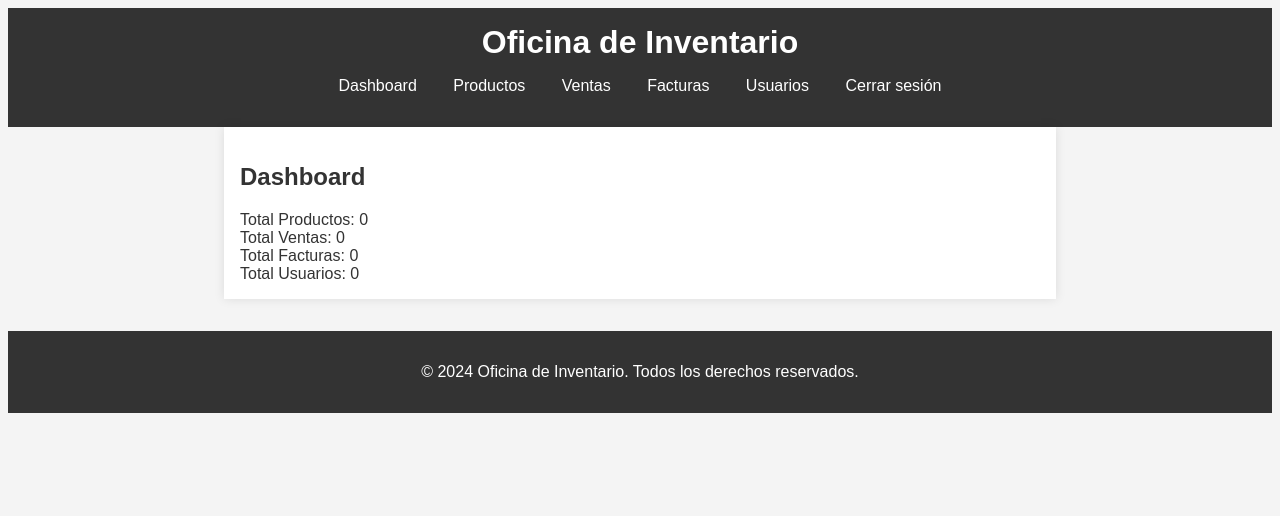
Repository: Connie75/Inventario
Page: http://localhost/views/dashboard.php
These files come from the project's save history. The page is drawn as it stood at one moment and after the next save; the edit follows.
The browser window is 1280 px wide. The pictures show the whole page.
The page is run by PHP 8.4 with error messages shown; the project is at /var/www/html/. The session is filled in as if someone had signed in: {"id": 1, "rol": "admin"}. Other server files are loaded and not shown. Queries for data that is not in the repository find no rows.

Above is the page before, as saved 2024-07-26 02:32:13.

### views/dashboard.php
<!-- views/dashboard.php -->
<?php
session_start();
include '../includes/header.php';
include '../includes/db.php';

// Verificar si el usuario está logueado y tiene permisos de administrador
if (!isset($_SESSION['id']) || $_SESSION['rol'] != 'admin') {
    header("Location: login.php");
    exit();
}

// Obtener estadísticas básicas
$productos = $conn->query("SELECT COUNT(*) AS total FROM productos")->fetch_assoc()['total'];
$ventas = $conn->query("SELECT COUNT(*) AS total FROM ventas")->fetch_assoc()['total'];
$facturas = $conn->query("SELECT COUNT(*) AS total FROM facturas")->fetch_assoc()['total'];
$usuarios = $conn->query("SELECT COUNT(*) AS total FROM usuarios")->fetch_assoc()['total'];

$conn->close();
?>

<h2>Dashboard</h2>
<div class="stats">
    <div>Total Productos: <?php echo $productos; ?></div>
    <div>Total Ventas: <?php echo $ventas; ?></div>
    <div>Total Facturas: <?php echo $facturas; ?></div>
    <div>Total Usuarios: <?php echo $usuarios; ?></div>
</div>

<?php include '../includes/footer.php'; ?>

### includes/header.php
<!-- includes/header.php -->
<!DOCTYPE html>
<html lang="es">
<head>
    <meta charset="UTF-8">
    <meta name="viewport" content="width=device-width, initial-scale=1.0">
    <title>Oficina de Inventario</title>
    <link rel="stylesheet" href="../css/styles.css">
    <script src="../js/scripts.js" defer></script>
</head>
<body>
    <header>
        <h1>Oficina de Inventario</h1>
        <nav>
            <ul>
                <li><a href="../views/dashboard.php">Dashboard</a></li>
                <li><a href="../views/products.php">Productos</a></li>
                <li><a href="../views/sales.php">Ventas</a></li>
                <li><a href="../views/invoices.php">Facturas</a></li>
                <?php if (isset($_SESSION['rol']) && $_SESSION['rol'] == 'admin'): ?>
                    <li><a href="../views/users.php">Usuarios</a></li>
                <?php endif; ?>
                <li><a href="../actions/logout.php">Cerrar sesión</a></li>
            </ul>
        </nav>
    </header>
    <main>
    <?php if (isset($_SESSION['message'])): ?>
            <div class="message <?php echo $_SESSION['message_type']; ?>">
                <?php
                    echo $_SESSION['message'];
                    unset($_SESSION['message']);
                    unset($_SESSION['message_type']);
                ?>
            </div>
        <?php endif; ?>

### includes/db.php
<?php
// db.php
$servername = "localhost";
$username = "root";
$password = "Azurro49.";
$dbname = "inventario";

// Crear conexión
$conn = new mysqli($servername, $username, $password, $dbname);

// Verificar conexión
if ($conn->connect_error) {
    die("Conexión fallida: " . $conn->connect_error);
}
?>

### includes/footer.php
<!-- includes/footer.php -->
</main>
    <footer>
        <p>&copy; 2024 Oficina de Inventario. Todos los derechos reservados.</p>
    </footer>
</body>
</html>

### CSS/Styles.css
/* css/styles.css */
body {
    font-family: Arial, sans-serif;
    background-color: #f4f4f4;
    color: #333;
}

header {
    background-color: #333;
    color: #fff;
    padding: 1em 0;
    text-align: center;
}

header h1 {
    margin: 0;
}

nav ul {
    list-style: none;
    padding: 0;
    text-align: center;
}

nav ul li {
    display: inline;
    margin: 0 1em;
}

nav ul li a {
    color: #fff;
    text-decoration: none;
}

main {
    padding: 1em;
    max-width: 800px;
    margin: 0 auto;
    background-color: #fff;
    box-shadow: 0 0 10px rgba(0,0,0,0.1);
}

footer {
    background-color: #333;
    color: #fff;
    text-align: center;
    padding: 1em 0;
    margin-top: 2em;
}

table {
    width: 100%;
    border-collapse: collapse;
    margin-top: 1em;
}

table, th, td {
    border: 1px solid #ccc;
    padding: 0.5em;
    text-align: left;
}

button {
    background-color: #333;
    color: #fff;
    border: none;
    padding: 0.5em 1em;
    cursor: pointer;
}

button:hover {
    background-color: #555;
}

.message {
    padding: 1em;
    margin-bottom: 1em;
    border-radius: 5px;
}

.message.success {
    background-color: #dff0d8;
    color: #3c763d;
}

.message.error {
    background-color: #f2dede;
    color: #a94442;
}

### js/Scripts.js
// js/scripts.js

document.addEventListener('DOMContentLoaded', function () {
    // Validación de formularios
    var forms = document.querySelectorAll('form');

    forms.forEach(function (form) {
        form.addEventListener('submit', function (event) {
            var inputs = form.querySelectorAll('input[required], textarea[required], select[required]');
            var valid = true;

            inputs.forEach(function (input) {
                if (!input.value) {
                    input.style.borderColor = 'red';
                    valid = false;
                } else {
                    input.style.borderColor = 'initial';
                }
            });

            if (!valid) {
                event.preventDefault();
                alert('Por favor, rellena todos los campos obligatorios.');
            }
        });
    });

    // Actualización dinámica de cantidad de productos
    var cantidadInputs = document.querySelectorAll('input[name="cantidad"]');
    var precioInputs = document.querySelectorAll('input[name="precio"]');
    var totalDisplay = document.querySelector('#total');

    cantidadInputs.forEach(function (cantidadInput) {
        cantidadInput.addEventListener('input', actualizarTotal);
    });

    precioInputs.forEach(function (precioInput) {
        precioInput.addEventListener('input', actualizarTotal);
    });

    function actualizarTotal() {
        var cantidad = parseFloat(cantidadInputs[0].value) || 0;
        var precio = parseFloat(precioInputs[0].value) || 0;
        var total = cantidad * precio;

        if (totalDisplay) {
            totalDisplay.textContent = 'Total: $' + total.toFixed(2);
        }
    }

    // Mostrar/ocultar contraseña
    var togglePassword = document.querySelector('#togglePassword');
    var passwordInput = document.querySelector('input[name="password"]');

    if (togglePassword && passwordInput) {
        togglePassword.addEventListener('click', function () {
            var type = passwordInput.getAttribute('type') === 'password' ? 'text' : 'password';
            passwordInput.setAttribute('type', type);
            this.textContent = type === 'password' ? 'Mostrar' : 'Ocultar';
        });
    }
});

After the next save:
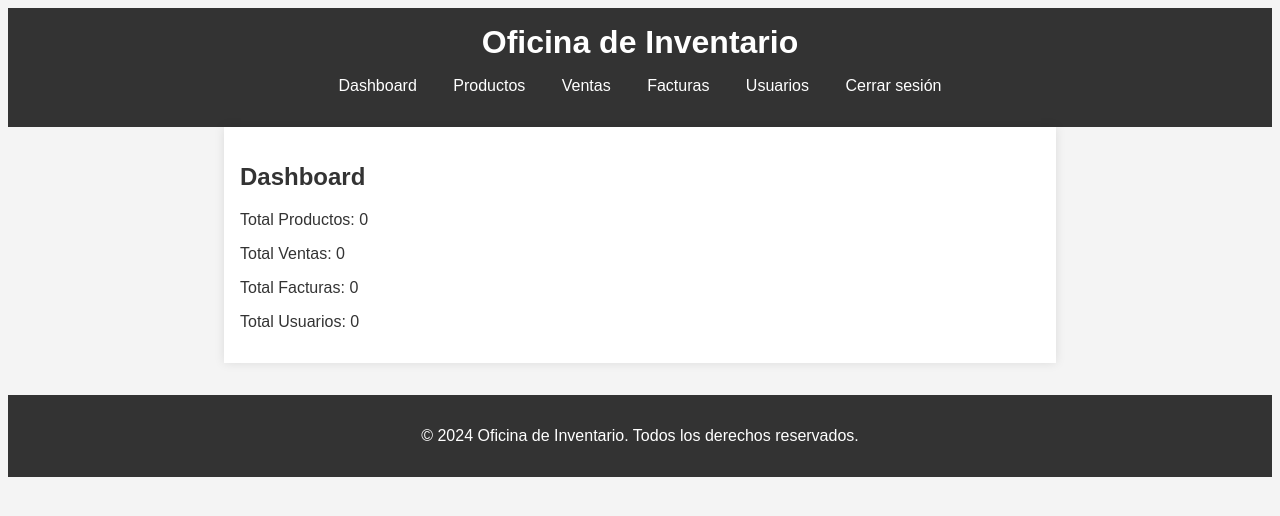
Saved 93 s later.
--- a/views/dashboard.php
+++ b/views/dashboard.php
@@ -10,21 +10,19 @@ if (!isset($_SESSION['id']) || $_SESSION['rol'] != 'admin') {
     exit();
 }
 
-// Obtener estadísticas básicas
-$productos = $conn->query("SELECT COUNT(*) AS total FROM productos")->fetch_assoc()['total'];
-$ventas = $conn->query("SELECT COUNT(*) AS total FROM ventas")->fetch_assoc()['total'];
-$facturas = $conn->query("SELECT COUNT(*) AS total FROM facturas")->fetch_assoc()['total'];
-$usuarios = $conn->query("SELECT COUNT(*) AS total FROM usuarios")->fetch_assoc()['total'];
+// Contar productos, ventas, facturas y usuarios
+$totalProductos = $conn->query("SELECT COUNT(*) AS total FROM productos")->fetch_assoc()['total'];
+$totalVentas = $conn->query("SELECT COUNT(*) AS total FROM ventas")->fetch_assoc()['total'];
+$totalFacturas = $conn->query("SELECT COUNT(*) AS total FROM facturas")->fetch_assoc()['total'];
+$totalUsuarios = $conn->query("SELECT COUNT(*) AS total FROM usuarios")->fetch_assoc()['total'];
 
 $conn->close();
 ?>
 
 <h2>Dashboard</h2>
-<div class="stats">
-    <div>Total Productos: <?php echo $productos; ?></div>
-    <div>Total Ventas: <?php echo $ventas; ?></div>
-    <div>Total Facturas: <?php echo $facturas; ?></div>
-    <div>Total Usuarios: <?php echo $usuarios; ?></div>
-</div>
+<p>Total Productos: <?php echo $totalProductos; ?></p>
+<p>Total Ventas: <?php echo $totalVentas; ?></p>
+<p>Total Facturas: <?php echo $totalFacturas; ?></p>
+<p>Total Usuarios: <?php echo $totalUsuarios; ?></p>
 
 <?php include '../includes/footer.php'; ?>
